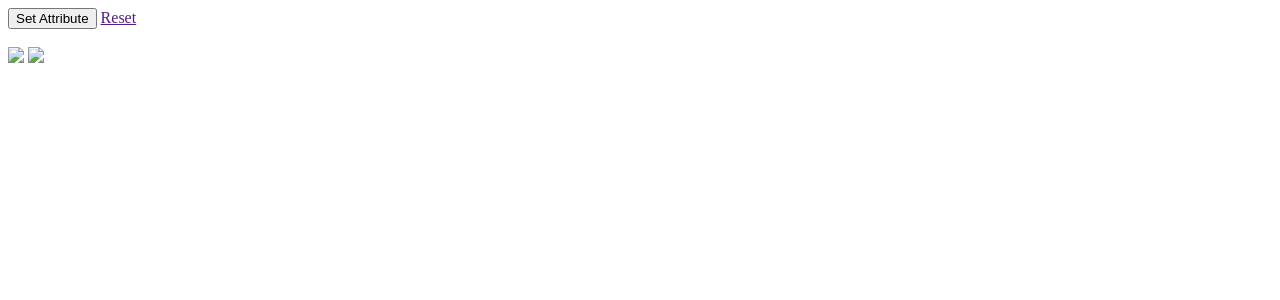
Repository: sujay-a-v/FunctionalPrograms
Page: Sujay/jQuery/jQueryExample/WebContent/SetAttribute.html
The author's editor kept a copy of each file at every save. The page is drawn from the files as they stood at one save, then again after the next save.
The browser window is 1280 px wide. The pictures show the whole page.
Some web libraries are served in a nearby version.

Above is the page before, as saved 2017-10-25 06:16:03.
Not found: Sujay/jQuery/jQueryExample/WebContent/images/jquery.png
Not found: Sujay/jQuery/jQueryExample/WebContent/images/jquery2.png

### Sujay/jQuery/jQueryExample/WebContent/SetAttribute.html
<!DOCTYPE html>
<html>
<head>
    <meta charset="utf-8">
    <title>jQuery - Set Attribute</title>

    <script type="text/javascript" src="http://code.jquery.com/jquery-1.11.3.js"></script>


    <script>

       function setAttr()  {

           // Setting new value for the src attribute of the img elements.
           $('img').attr("src","images/jquery-mobile.png");
       }
    </script>
</head>
<body>
   <input type="button" onclick="setAttr();" value="Set Attribute"/>
   <a href="">Reset</a>

   <br><br>

   <img src="images/jquery.png" > <img src="images/jquery2.png" >

</body>
</html>

After the next save:
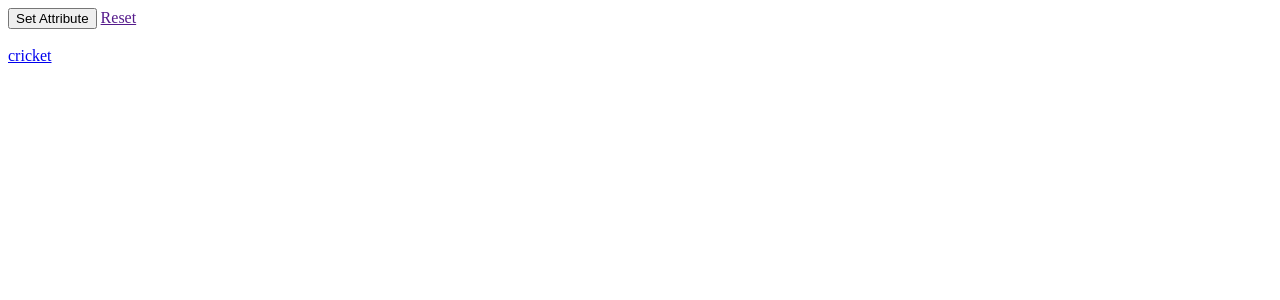
Saved 2 min 4 s later.
--- a/Sujay/jQuery/jQueryExample/WebContent/SetAttribute.html
+++ b/Sujay/jQuery/jQueryExample/WebContent/SetAttribute.html
@@ -22,7 +22,7 @@
 
    <br><br>
 
-   <img src="images/jquery.png" > <img src="images/jquery2.png" >
+    <a id="atag" href="http://cricbuzz.com" target="_blank">cricket</a>
 
 </body>
 </html>
